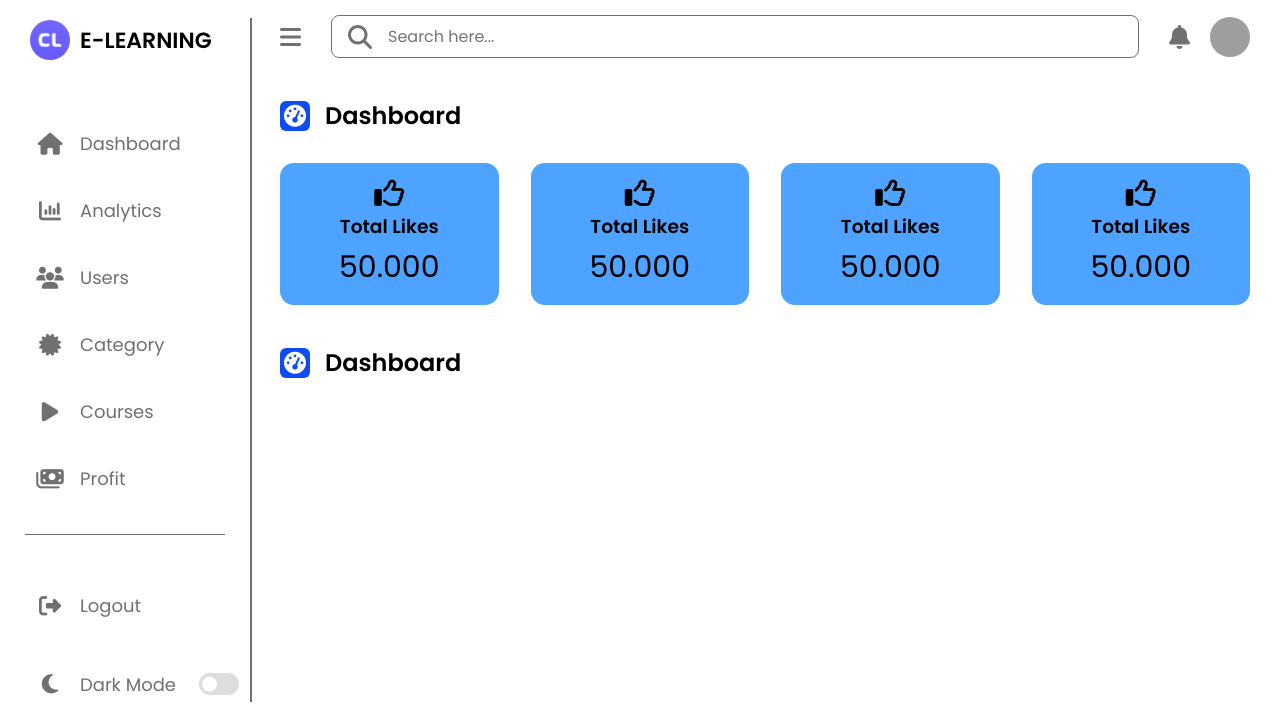
Repository: phamngocthang/practice-html-css
Page: Admin/dist/index.html
The author's editor kept a copy of each file at every save. The page is drawn from the files as they stood at one save, then again after the next save.
The browser window is 1280 px wide. The pictures show the whole page.
Pictures or frames that could not be fetched are drawn as grey boxes. The style sheet was rebuilt from its Sass, Less or Tailwind sources for each picture, by a compiler version that may differ from the author's.

Above is the page before, as saved 2023-10-25 13:32:11.

### Admin/dist/index.html
<!DOCTYPE html>
<html lang="en">
<head>
    <meta charset="UTF-8">
    <meta name="viewport" content="width=device-width, initial-scale=1.0">
    <title>Document</title>
    <link rel="stylesheet" href="style/main.css">
    <link rel="stylesheet" href="https://cdnjs.cloudflare.com/ajax/libs/font-awesome/6.4.2/css/all.min.css" integrity="sha512-z3gLpd7yknf1YoNbCzqRKc4qyor8gaKU1qmn+CShxbuBusANI9QpRohGBreCFkKxLhei6S9CQXFEbbKuqLg0DA==" crossorigin="anonymous" referrerpolicy="no-referrer" />
</head>
<body>
    <nav>
        <div class="logo">
            <div class="logo__image">
                <img src="/Images/logo.png" alt="">
            </div>

            <span class="logo__name">
                E-LEARNING
            </span>
        </div>

        <div class="menu">
            <ul class="menu__link">
                <li class="menu__link__item"><a href="#">
                    <i class="fa-solid fa-house"></i>
                    <span>Dashboard</span>
                </a></li>
                <li class="menu__link__item"><a href="#">
                    <i class="fa-solid fa-chart-column"></i>
                    <span>Analytics</span>
                </a></li>
                <li class="menu__link__item"><a href="#">
                    <i class="fa-solid fa-users"></i>
                    <span>Users</span>
                </a></li>
                <li class="menu__link__item"><a href="#">
                    <i class="fa-solid fa-certificate"></i>
                    <span>Category</span>
                </a></li>
                <li class="menu__link__item"><a href="#">
                    <i class="fa-solid fa-play"></i>
                    <span>Courses</span>
                </a></li>
                <li class="menu__link__item"><a href="#">
                    <i class="fa-solid fa-money-bills"></i>
                    <span>Profit</span>
                </a></li>
            </ul>

            <ul class="menu__link">
                <li class="menu__link__item"><a href="#">
                    <i class="fa-solid fa-right-from-bracket"></i>
                    <span>Logout</span>
                </a></li>

                <li class="menu__link__item menu__link__item--darkmode"><a href="#">
                        <i class="fa-solid fa-moon"></i>
                        <span>Dark Mode</span>
                        <div class="menu__toggle">
                            <span class="menu__switch"></span>
                        </div>
                    </a>
                </li>
            </ul>
        </div>
    </nav>

    <section class="dashboard">
        <div class="top">
            <i class="fa-solid fa-bars top__bar"></i>
            <div class="top__search-box">
                <i class="fa-solid fa-magnifying-glass"></i>
                <input type="text" placeholder="Search here...">
            </div>
            <div class="top__image">
                <i class="fa-solid fa-bell bell"></i>
                <img src="/Images/avatar.jpg" alt="">
            </div>
        </div>

        <div class="content">
            <div class="overview">
                <div class="title">
                    <div class="title__logo">
                        <i class="fa-solid fa-gauge-high"></i>
                    </div>
                    <h1 class="title__name">Dashboard</h1>
                </div>

                <div class="data">
                    <div class="data__box">
                        <i class="fa-regular fa-thumbs-up data__box__icon"></i>
                        <h3 class="data__box__title">Total Likes</h3>
                        <span class="data__box__number">50.000</span>
                    </div>
                    <div class="data__box">
                        <i class="fa-regular fa-thumbs-up data__box__icon"></i>
                        <h3 class="data__box__title">Total Likes</h3>
                        <span class="data__box__number">50.000</span>
                    </div>
                    <div class="data__box">
                        <i class="fa-regular fa-thumbs-up data__box__icon"></i>
                        <h3 class="data__box__title">Total Likes</h3>
                        <span class="data__box__number">50.000</span>
                    </div>
                    <div class="data__box">
                        <i class="fa-regular fa-thumbs-up data__box__icon"></i>
                        <h3 class="data__box__title">Total Likes</h3>
                        <span class="data__box__number">50.000</span>
                    </div>
                </div>

                <div class="activity">
                    <div class="title">
                        <div class="title__logo">
                            <i class="fa-solid fa-gauge-high"></i>
                        </div>
                        <h1 class="title__name">Dashboard</h1>
                    </div>


                </div>
            </div>
        </div>
    </section>

    <script src="script.js">

    </script>
</body>
</html>

### Admin/dist/script.js
const body = document.querySelector("body");
const modeTogger = document.querySelector(".menu__toggle");
const sideBar = body.querySelector("nav")
const sideBarToggle = body.querySelector(".top__bar");

modeTogger.addEventListener("click", () => {
    body.classList.toggle("dark")
})

sideBarToggle.addEventListener("click", () => {
    sideBar.classList.toggle("close");
})

### Admin/scss/main.scss
@import url('https://fonts.googleapis.com/css2?family=Poppins:wght@200;300;400;500;600&display=swap');
@import 'variables';
* {
    margin: 0;
    padding: 0;
    box-sizing: border-box;
    font-family: 'Poppins', sans-serif;
}

body {
    --primary-color: #{$primary-color};
    --panel-color: #{$panel-color};
    --text-color: #{$text-color};
    --black-light-color: #{$black-light-color};
    --border-color: #{$border-color};
    --toggle-color: #{$toggle-color};
    --box1-color: #{$box1-color};
    --box2-color: #{$box2-color};
    --box3-color: #{$box3-color};
    --title-icon-color: #{$title-icon-color};
    min-height: 100vh;
}

body.dark {
    --primary-color: #3A3B3C;
    --panel-color: #242526;
    --text-color: #FFF;
    --black-light-color: #CCC;
    --border-color: #4D4C4C;
    --toggle-color: #FFF;
    --box1-color: #3A3B3C;
    --box2-color: #3A3B3C;
    --box3-color: #3A3B3C;
    --title-icon-color: #CCC;

    .menu__switch::before {
        left: 20px !important;
    }
}

nav {
    position: fixed;
    width: 250px;
    height: 100%;
    top: 0;
    left: 0;
    background-color: var(--panel-color);
    transition: $tran-05;

    .logo {
        display: flex;
        align-items: center;
        height: 80px;

        &__image {
            min-width: 45px;
            display: flex;
            align-items: center;
            padding-right: 10px;
            min-width: 80px;
            justify-content: flex-end;

            img {
                width: 40px;
                border-radius: 50%;
                object-fit: cover;
            }

        }

        &__name {
            color: var(--text-color);
            font-weight: 600;
            font-size: 22px;
            flex: 1;
            transition: $tran-05;
            white-space: nowrap;
        }
    }

    .menu {
        height: 100%;
        padding: 30px 0px 30px 20px;
        position: relative;


        &::after {
            content: '';
            left: 50%;
            top: 63%;
            width: 80%;
            height: 0.5px;
            transform: translateX(-50%);
            background-color: var(--black-light-color);
            position: absolute;
        }

        &__link {
            list-style: none;
            display: flex;
            flex-direction: column;
            align-items: flex-start;


            &:nth-child(1) {
                height: 70%;
            }


            &__item {
                padding: 20px 0;

                a {
                    text-decoration: none;
                    color: var(--black-light-color);
                    font-size: 18px;
                    display: flex;
                    align-items: center;
                    position: relative;
                    transition: 0.4 ease all;

                    i {
                        min-width: 60px;
                        text-align: center;
                        font-size: 22px;
                    }

                    span {
                        font-weight: 400;
                        transition: $tran-05;
                        white-space: nowrap;
                    }

                    &:hover {
                        color: var(--primary-color);

                        &::before {
                            content: '';
                            width: 5px;
                            height: 5px;
                            border-radius: 50%;
                            background-color: var(--primary-color);
                            position: absolute;
                            transition: 0.4 ease all;
                        }
                    }
                }
            }

            &__item--darkmode {
                display: flex;
                align-items: center;


                .menu__toggle {
                    margin-left: 20px;
                    height: 50px;
                    min-width: 45px;
                    display: flex;
                    align-items: center;
                    justify-content: center;

                    .menu__switch {
                        display: inline-block;
                        border-radius: 25px;
                        position: relative;
                        height: 22px;
                        width: 40px;
                        background-color: var(--toggle-color);

                        &::before {
                            content: '';
                            width: 15px;
                            height: 15px;
                            position: absolute;
                            background-color: var(--title-icon-color);
                            border-radius: 50%;
                            left: 3px;
                            top: 50%;
                            transform: translateY(-50%);
                            transition: $tran-03;
                        }
                    }
                }
            }
        }
    }


}

nav.close {
    width: 90px;

    .menu__link__item {
        span {
            opacity: 0;
            pointer-events: none;
        }
    }

    .logo__name {
        opacity: 0;
        pointer-events: none;
    }

    & ~ .dashboard {
        left: 90px;
        width: calc(100% - 90px);
    }
}

.dashboard {
    background-color: var(--panel-color);
    width: calc(100% - 250px);
    left: 250px;
    min-height: 100vh;
    position: relative;
    padding: 15px 30px 40px;
    transition: $tran-05;

    &::before {
        content: '';
        width: 2px;
        height: 95%;
        background-color: var(--black-light-color);
        left: 0;
        top: 50%;
        transform: translateY(-50%);
        position: absolute;
    }

    .top {
        height: 10%;
        display: flex;
        align-items: center;
        justify-content: space-between;

        i {
            font-size: 24px;
            color: var(--black-light-color);
        }

        &__bar {
            cursor: pointer;
        }

        &__search-box {
            flex: 1;
            width: 100%;
            padding: 8px;
            border-radius: 8px;
            border: 0.4px solid var(--black-light-color);
            margin: 0 30px;
            display: flex;
            align-items: center;

            i {
                font-size: 24px;
                padding: 0 16px 0 8px;
                color: var(--black-light-color);
            }

            input {
                font-size: 16px;
                outline: none;
                border: none;
                height: 100%;
                width: 100%;
                background-color: transparent;
                color: var(--text-color);
            }
        }

        &__image {
            display: flex;
            align-items: center;

            .bell {
                cursor: pointer;
                margin-right: 20px;
            }

            img {
                cursor: pointer;
                width: 40px;
                height: 40px;
                object-fit: cover;
                border-radius: 50%;
            }
        }
    }

    .content {
        margin-top: 40px;
        .overview {
            .title {
                display: flex;
                align-items: center;
                &__logo {
                    height: 30px;
                    width: 30px;
                    display: flex;
                    align-items: center;
                    justify-content: center;
                    background-color: var(--primary-color);
                    border-radius: 6px;
                    margin-right: 15px;
                    i {
                        font-size: 22px;
                        color: var(--panel-color);
                    }
                }

                &__name {
                    color: var(--text-color);
                }
            }
            .data {
                display: flex;
                flex-wrap: wrap;
                margin-top: 30px;
                margin-left: -32px;

                &__box {
                    border-radius: 14px;
                    margin-left: 32px;
                    width: calc(100% / 4 - 32px);
                    display: flex;
                    flex-direction: column;
                    align-items: center;
                    background-color: var(--box1-color);
                    color: var(--text-color);
                    padding: 15px 0;

                    &__icon {
                        font-size: 30px;
                    }

                    &__title {
                        margin: 4px 0;
                    }

                    &__number {
                        font-size: 30px;
                    }
                }
            }
        }

        .activity {
            margin-top: 40px;
        }
    }
}

### Admin/scss/_variables.scss
/* ===== Colors ===== */
$primary-color: #0E4BF1;
$panel-color: #FFF;
$text-color: #000;
$black-light-color: #707070;
$border-color: #e6e5e5;
$toggle-color: #DDD;
$box1-color: #4DA3FF;
$box2-color: #FFE6AC;
$box3-color: #E7D1FC;
$title-icon-color: #fff;

/* ====== Transition ====== */
$tran-05: all 0.5s ease;
$tran-03: all 0.3s ease;
$tran-03: all 0.2s ease;

After the next save:
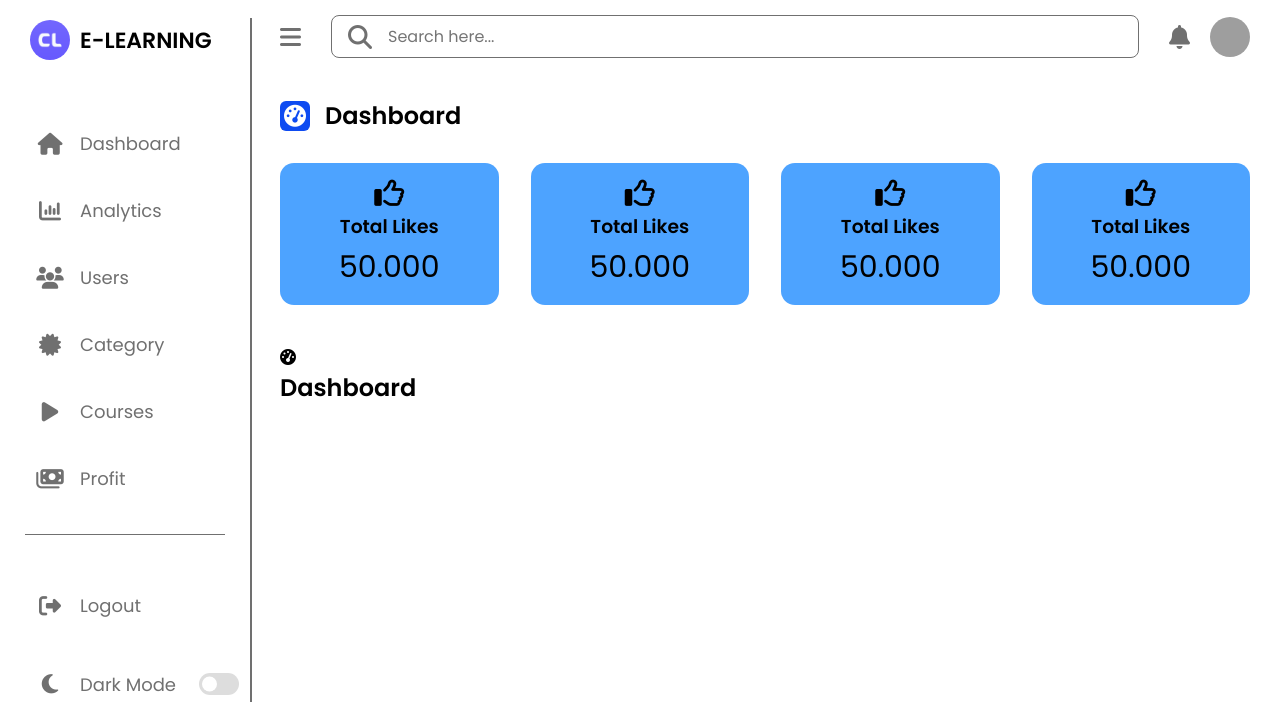
Saved 56 s later.
--- a/Admin/dist/index.html
+++ b/Admin/dist/index.html
@@ -109,16 +109,14 @@
                         <span class="data__box__number">50.000</span>
                     </div>
                 </div>
+            </div>
 
-                <div class="activity">
-                    <div class="title">
-                        <div class="title__logo">
-                            <i class="fa-solid fa-gauge-high"></i>
-                        </div>
-                        <h1 class="title__name">Dashboard</h1>
+            <div class="activity">
+                <div class="title">
+                    <div class="title__logo">
+                        <i class="fa-solid fa-gauge-high"></i>
                     </div>
-
-
+                    <h1 class="title__name">Dashboard</h1>
                 </div>
             </div>
         </div>

After the save that followed:
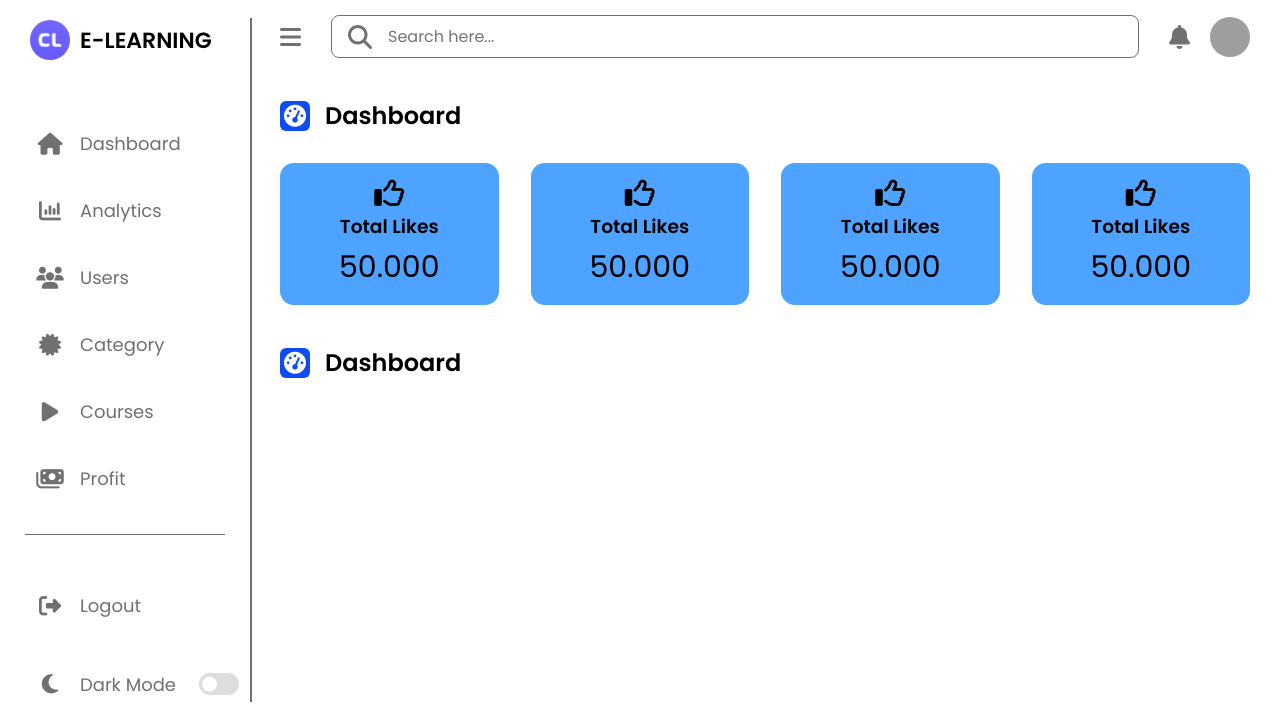
Saved 24 s later.
--- a/Admin/scss/main.scss
+++ b/Admin/scss/main.scss
@@ -293,7 +293,6 @@ nav.close {
 
     .content {
         margin-top: 40px;
-        .overview {
             .title {
                 display: flex;
                 align-items: center;
@@ -346,8 +345,6 @@ nav.close {
                     }
                 }
             }
-        }
-
         .activity {
             margin-top: 40px;
         }
